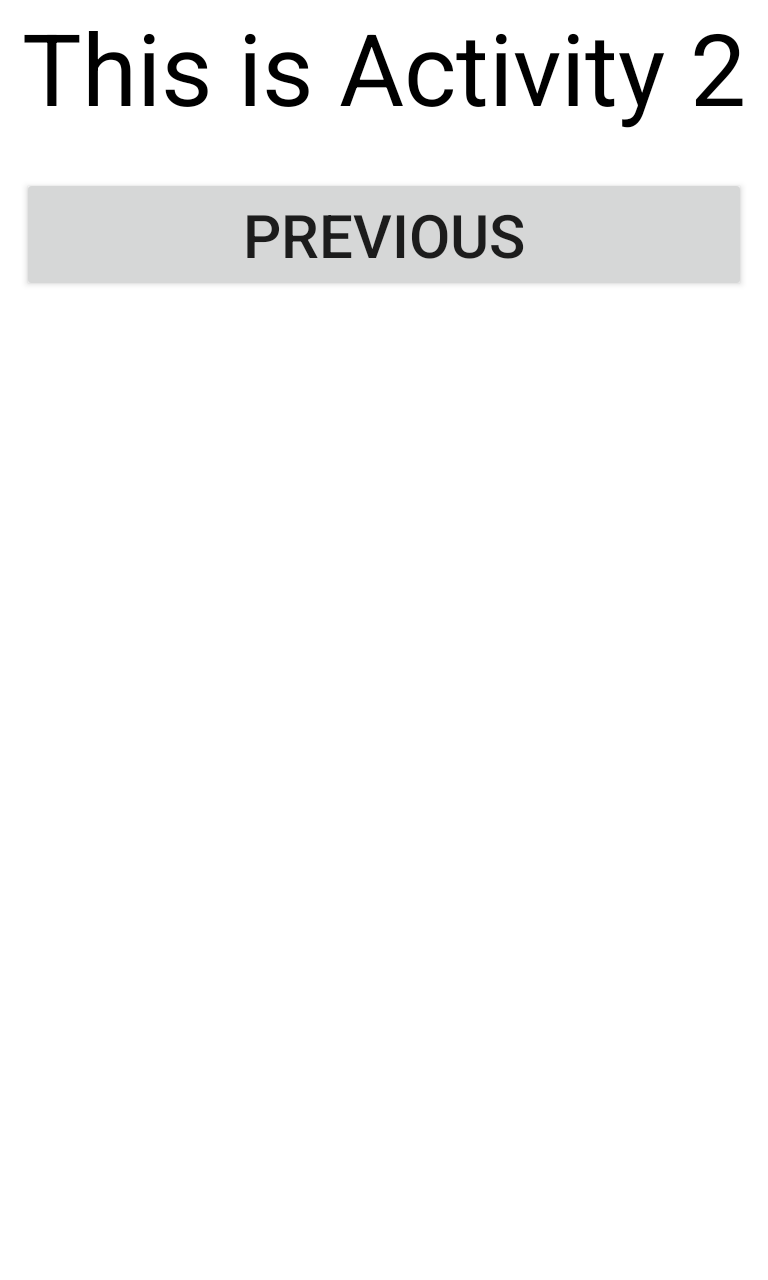
Repository: Stamenov96/NeuralNetowork
Layout: DigitRecognition/res/layout/about.xml
These files come from the project's save history. The layout is drawn as it stood at one moment and after the next save; the edit follows.
It is drawn on a 768 x 1280 px phone screen (xhdpi) without system bars, with theme AppTheme; the app's code is not run.

Above is the layout before, as saved 2015-02-13 15:30:12.

After the next save:
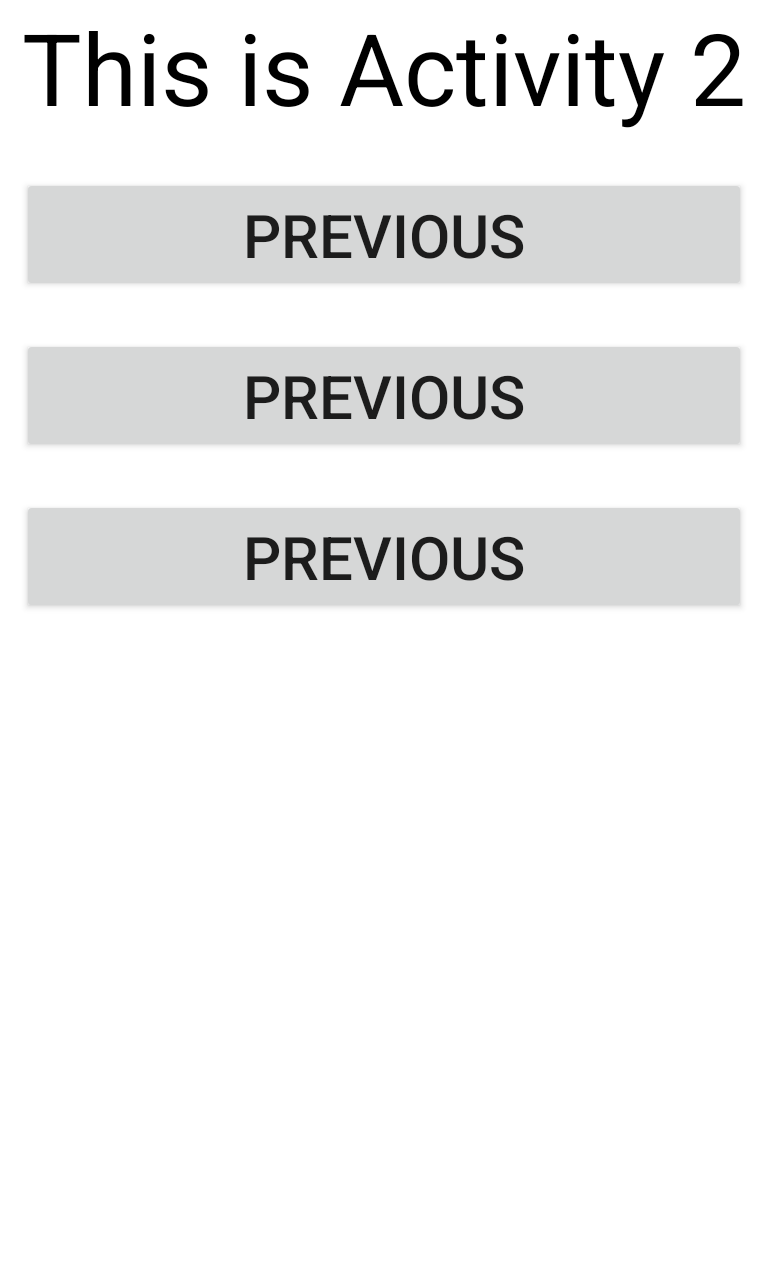
Saved 32 s later.
--- a/DigitRecognition/res/layout/about.xml
+++ b/DigitRecognition/res/layout/about.xml
@@ -23,5 +23,25 @@
         android:gravity="center_horizontal"
         android:text="Previous"
         android:textSize="30dp" />
+      <Button
+        android:id="@+id/Button03"
+        android:layout_width="fill_parent"
+        android:layout_height="wrap_content"
+        android:layout_marginLeft="10dip"
+        android:layout_marginRight="10dip"
+        android:layout_marginTop="20dip"
+        android:gravity="center_horizontal"
+        android:text="Previous"
+        android:textSize="30dp" />
+        <Button
+        android:id="@+id/Button02"
+        android:layout_width="fill_parent"
+        android:layout_height="wrap_content"
+        android:layout_marginLeft="10dip"
+        android:layout_marginRight="10dip"
+        android:layout_marginTop="20dip"
+        android:gravity="center_horizontal"
+        android:text="Previous"
+        android:textSize="30dp" />
 
 </LinearLayout>
